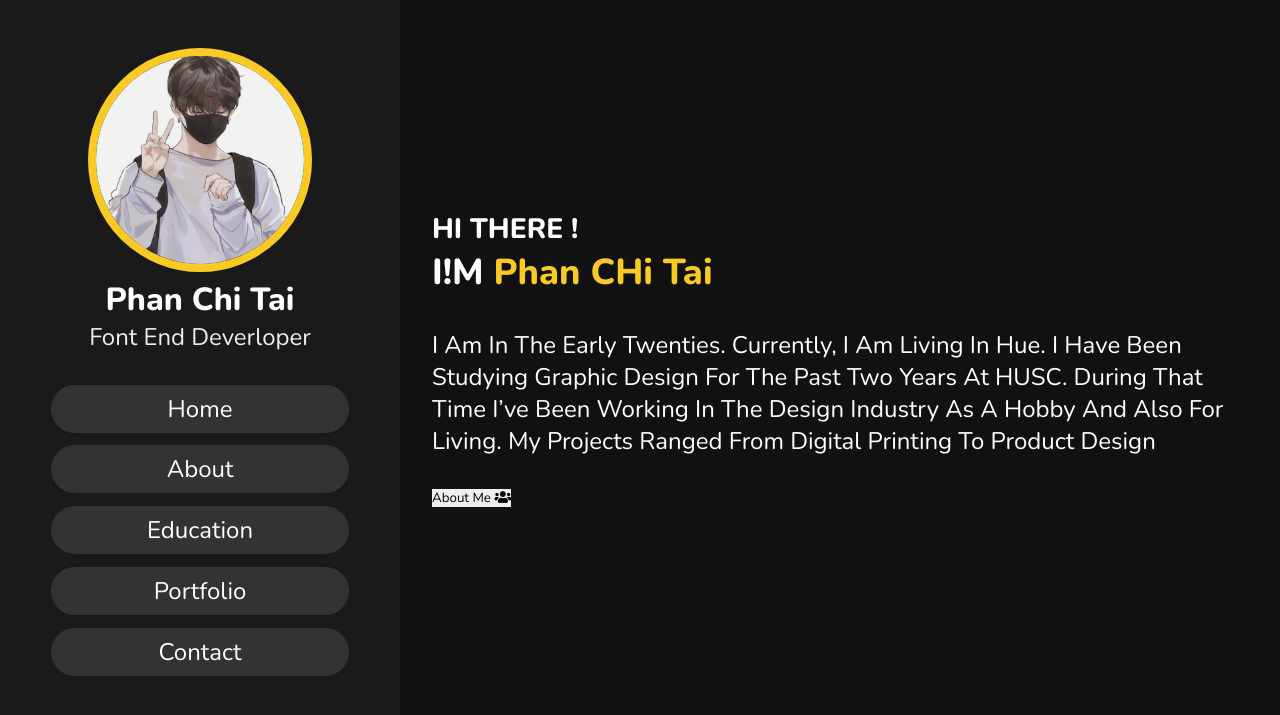
Repository: PCTai/My-profile
Page: index.html
The author's editor kept a copy of each file at every save. The page is drawn from the files as they stood at one save, then again after the next save.
The browser window is 1280 px wide. The pictures show the whole page.

Above is the page before, as saved 2021-11-25 20:20:31.

### index.html
<!DOCTYPE html>
<html lang="en">
<head>
    <meta charset="UTF-8">
    <meta http-equiv="X-UA-Compatible" content="IE=edge">
    <meta name="viewport" content="width=device-width, initial-scale=1.0">
    <link rel="preconnect" href="https://fonts.googleapis.com">
    <link rel="preconnect" href="https://fonts.gstatic.com" crossorigin>
    <link href="https://fonts.googleapis.com/css2?family=Nunito:ital,wght@0,400;0,600;0,800;1,200;1,300&display=swap" rel="stylesheet">
    <link rel="stylesheet" href="/assets/font/fontawesome-free-5.15.3-web/css/all.css">

    <link rel="stylesheet" href="/assets/css/style.css">
    <link rel="stylesheet" href="/assets/css/reponsive.css">
    <title>Document</title>
</head>
<body>
    <!-- Header start -->
    <header>
        <div class="user">
            <img src="/assets/imgs/user.jpg" alt="">
            <h3 class="name">Phan Chi Tai</h3>
            <div class="post">Font End Deverloper</div>
        </div>
        <div class="navbar">
            <ul>
                <li><a href="#home">home</a></li>
                <li><a href="#about">About</a></li>
                <li><a href="#education">Education</a></li>
                <li><a href="#portfolio">Portfolio</a></li>
                <li><a href="#contact">Contact</a></li>
            </ul>
        </div>
    </header>
    <!-- Header end -->
    <div id="menu"class="fas fa-bars">
    </div>
    <!-- start home -->
    <section>
        <div id="home" class="home">
            <h3>HI THERE !</h3>
            <h1>I!M <span>Phan CHi Tai</span></h1>
            <p>I am in the early twenties. Currently, I am living in Hue. I have been studying graphic design for the past two years at  HUSC. During that time I’ve been working in the design industry as a hobby and also for living. My projects ranged from digital printing to product design</p>
            <a href="#about"> <button class="btn">About me <i class="fas fa-users"></i></button></a>

        </div>
    </section>
    <!-- end home -->
    <!-- start education -->
    <script src="/app.js"></script>
</body>
</html>

### assets/css/style.css
:root{
    --yellow: #f9ca24;
}
*{
    font-family: 'Nunito', sans-serif;
    margin: 0;padding: 0;
    box-sizing: border-box;
    text-decoration: none;
    outline: none;border: none;
    text-transform: capitalize;
    transition: all .2s linear;
}
html{
    font-size: 62,5%;
    overflow: hidden;
}
::selection{
    background-color: var(--yellow);
    color: #333;

}
html::-webkit-scrollbar{
    width: 1.4rem;
}
html::-webkit-scrollbar-track{
    background: #222;
}
html::-webkit-scrollbar-thumb{
    background: var(--yellow);
}
body{
    padding-left: 25rem;
    background: #111;
}
header{
    position: fixed;
    top: 0;
    left: 0;
    z-index: 1000;
    height: 100%;
    display: flex;
    flex-direction: column;
    justify-content: center;
    align-items: center;
    width: 25rem;
    background-color: #1a1a1a;
}

.user img{
    margin-top: 2rem;
    height: 14rem;
    width: 14rem;
    border-radius: 50%;
    object-fit: cover;
    border: 0.5rem solid var(--yellow);

}
header .user .name{
    text-align: center;
    font-size: 2rem;
    color: #fff;
}
header .user .post{
    text-align: center;
    font-size: 1.5rem;
    color: #eee;
}
header .navbar ul{
    margin-top: 1rem;
    list-style: none;
    padding: 1rem 3rem;
}
header .navbar ul li a:hover{
    background-color: var(--yellow);
}
header .navbar ul li a{
    display: block;
    padding: 0.5rem 6rem;
   margin-bottom: 0.8rem;
   background-color: #333;
   color: #fff;
   font-size: 1.5rem;
   border-radius: 5rem;
   text-align: center;
   cursor: pointer;
}
#menu:hover{
    color: var(--yellow);
}


#menu{
    position: fixed;
    z-index: 1000;
    top: 1rem;
    right: 1rem;
    color: #fff;
    padding: 1rem;
    background-color: #222;
    font-size: 2rem;
    cursor: pointer;
}
section{
    min-height: 100vh;
    padding: 1rem;
    display: flex;
}
.home{
    font-size: 1.5rem;
    color: #fff;
    display: flex;
    flex-direction: column;
    padding: 0 1rem;
    margin: auto;
}
.btn{
    margin-top: 2rem;
}
.home span{
    color: var(--yellow);
    margin-bottom: 2rem;

}
.home h1{
    margin-bottom: 2rem;

}

### assets/css/reponsive.css

@media (min-width:1024px){
    #menu{
        display: none;
    }
}
@media (max-width:1024px){
    header{
        left: -125%;
    }
    body{
        padding-left: 0;
    }

}
@media (max-width:486px){
    header{
        width: 100vw;
    }

}

### app.js

var menu=document.getElementById('menu');
var header=document.querySelector('header');
menu.onclick=function(e){
    if(this.className=='fas fa-bars'){
        this.classList.remove('fa-bars');
        this.classList.add('fa-times');
        header.style='left:0%';
    }
    else{
        this.classList.remove('fa-times');
        this.classList.add('fa-bars');
        header.style='left:-125%';
    }
};

Loaded but not shown: assets/font/fontawesome-free-5.15.3-web/css/all.css (library)

After the next save:
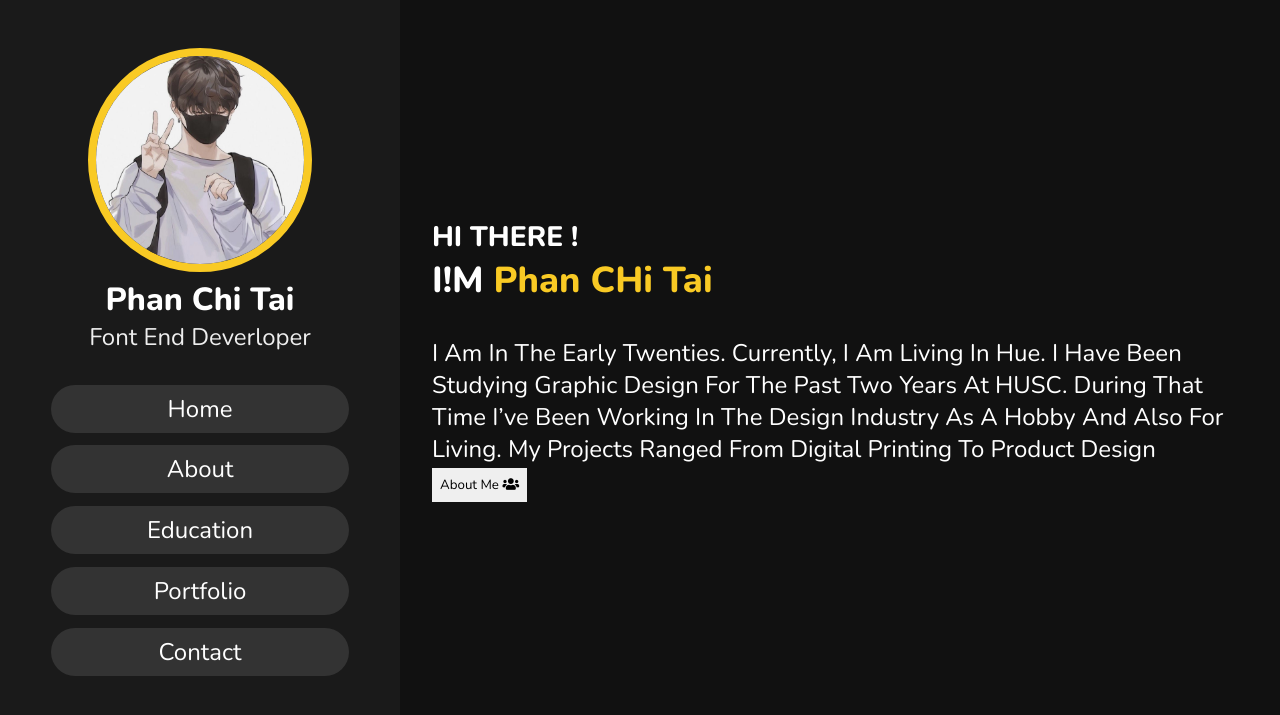
Saved 19 s later.
--- a/assets/css/style.css
+++ b/assets/css/style.css
@@ -114,7 +114,7 @@ section{
     margin: auto;
 }
 .btn{
-    margin-top: 2rem;
+    padding: 0.5rem;
 }
 .home span{
     color: var(--yellow);
